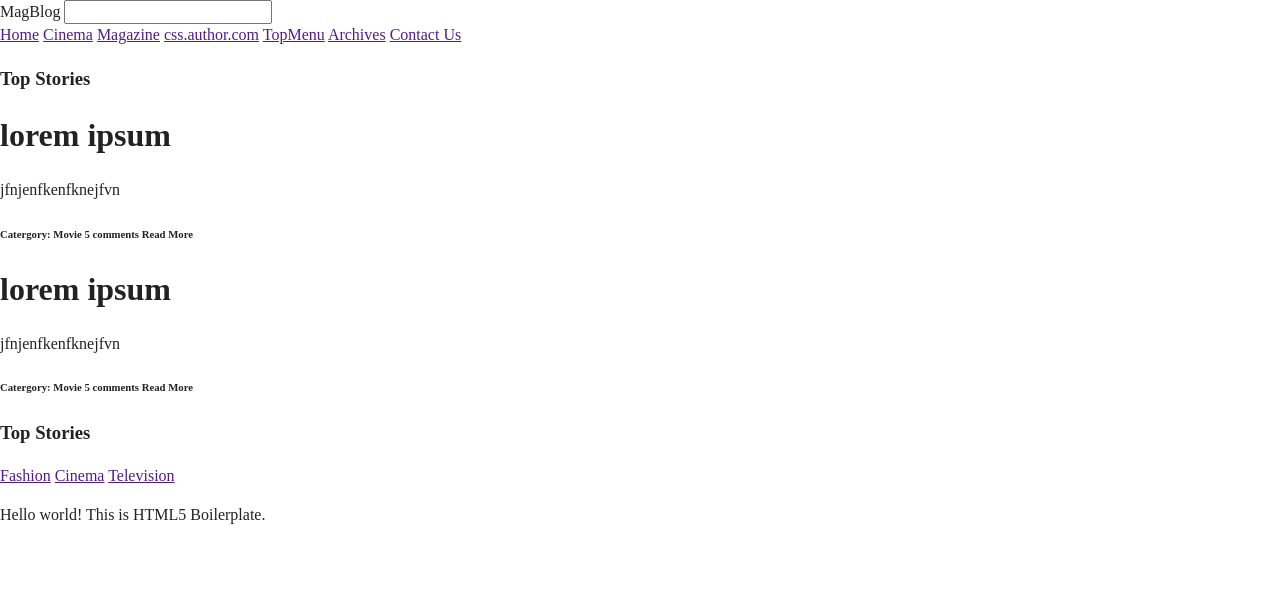
Repository: bguemos/project1lab3
Page: index.html
The author's editor kept a copy of each file at every save. The page is drawn from the files as they stood at one save, then again after the next save.
The browser window is 1280 px wide. The pictures show the whole page.

Above is the page before, as saved 2023-01-17 21:32:17.

### index.html
<!doctype html>
<html class="no-js" lang="en">

<head>
  <meta charset="utf-8">
  <title> My bodacious blog</title>
  <meta name="description" content="A lab exercise">
  <meta name="viewport" content="width=device-width, initial-scale=1">

  <meta property="og:title" content="">
  <meta property="og:type" content="">
  <meta property="og:url" content="">
  <meta property="og:image" content="">

  <link rel="manifest" href="site.webmanifest">
  <link rel="apple-touch-icon" href="icon.png">
  <!-- Place favicon.ico in the root directory -->

  <link rel="stylesheet" href="css/normalize.css">
  <link rel="stylesheet" href="css/main.css">

  <meta name="theme-color" content="#fafafa">
</head>

<body>
  <div class="magazineheader">
    <hi>MagBlog</hi>
  <input class="headersearchbar">
  <div class="socialmedialinks"></div>
</div>
<div class="navigationlinks">
  <a href> Home</a>
  <a href> Cinema</a>
  <a href> Magazine</a>
  <a href> css.author.com</a>
  <a href>TopMenu</a>
  <a href> Archives</a>
  <a href> Contact Us</a>

</div>
  <div class="maincontent">
    <div class="topstories">
      <h3>Top Stories</h3>

    </div>
    <div class="avatar">
      <h1> lorem ipsum</h1>
      <p>jfnjenfkenfknejfvn</p>
      <h6> Catergory: Movie  5 comments Read More</h6>
    </div>
    <div class="avatar2">
      <h1> lorem ipsum</h1>
      <p>jfnjenfkenfknejfvn</p>
      <h6> Catergory: Movie  5 comments Read More</h6>

    </div>
    <div class="topstorysidebar">
      <h3>Top Stories</h3>
      <a href>Fashion</a>
      <a href>Cinema</a>
      <a href>Television</a>

    </div>
 </div>
 <div class="aftermaincontent">
  <div class="informationlinks"></div>



 </div>
 <div class="magazinefooter">

 </div>

  <!-- Add your site or application content here -->
  <p>Hello world! This is HTML5 Boilerplate.</p>
  <script src="js/vendor/modernizr-3.11.2.min.js"></script>
  <script src="js/plugins.js"></script>
  <script src="js/main.js"></script>

  <!-- Google Analytics: change UA-XXXXX-Y to be your site's ID. -->
  <script>
    window.ga = function () { ga.q.push(arguments) }; ga.q = []; ga.l = +new Date;
    ga('create', 'UA-XXXXX-Y', 'auto'); ga('set', 'anonymizeIp', true); ga('set', 'transport', 'beacon'); ga('send', 'pageview')
  </script>
  <script src="https://www.google-analytics.com/analytics.js" async></script>
</body>

</html>

### css/main.css
/*! HTML5 Boilerplate v8.0.0 | MIT License | https://html5boilerplate.com/ */

/* main.css 2.1.0 | MIT License | https://github.com/h5bp/main.css#readme */
/*
 * What follows is the result of much research on cross-browser styling.
 * Credit left inline and big thanks to Nicolas Gallagher, Jonathan Neal,
 * Kroc Camen, and the H5BP dev community and team.
 */

/* ==========================================================================
   Base styles: opinionated defaults
   ========================================================================== */

html {
  color: #222;
  font-size: 1em;
  line-height: 1.4;
}

/*
 * Remove text-shadow in selection highlight:
 * https://twitter.com/miketaylr/status/12228805301
 *
 * Vendor-prefixed and regular ::selection selectors cannot be combined:
 * https://stackoverflow.com/a/16982510/7133471
 *
 * Customize the background color to match your design.
 */

::-moz-selection {
  background: #b3d4fc;
  text-shadow: none;
}

::selection {
  background: #b3d4fc;
  text-shadow: none;
}

/*
 * A better looking default horizontal rule
 */

hr {
  display: block;
  height: 1px;
  border: 0;
  border-top: 1px solid #ccc;
  margin: 1em 0;
  padding: 0;
}

/*
 * Remove the gap between audio, canvas, iframes,
 * images, videos and the bottom of their containers:
 * https://github.com/h5bp/html5-boilerplate/issues/440
 */

audio,
canvas,
iframe,
img,
svg,
video {
  vertical-align: middle;
}

/*
 * Remove default fieldset styles.
 */

fieldset {
  border: 0;
  margin: 0;
  padding: 0;
}

/*
 * Allow only vertical resizing of textareas.
 */

textarea {
  resize: vertical;
}

/* ==========================================================================
   Author's custom styles
   ========================================================================== */

/* ==========================================================================
   Helper classes
   ========================================================================== */

/*
 * Hide visually and from screen readers
 */

.hidden,
[hidden] {
  display: none !important;
}

/*
 * Hide only visually, but have it available for screen readers:
 * https://snook.ca/archives/html_and_css/hiding-content-for-accessibility
 *
 * 1. For long content, line feeds are not interpreted as spaces and small width
 *    causes content to wrap 1 word per line:
 *    https://medium.com/@jessebeach/beware-smushed-off-screen-accessible-text-5952a4c2cbfe
 */

.sr-only {
  border: 0;
  clip: rect(0, 0, 0, 0);
  height: 1px;
  margin: -1px;
  overflow: hidden;
  padding: 0;
  position: absolute;
  white-space: nowrap;
  width: 1px;
  /* 1 */
}

/*
 * Extends the .sr-only class to allow the element
 * to be focusable when navigated to via the keyboard:
 * https://www.drupal.org/node/897638
 */

.sr-only.focusable:active,
.sr-only.focusable:focus {
  clip: auto;
  height: auto;
  margin: 0;
  overflow: visible;
  position: static;
  white-space: inherit;
  width: auto;
}

/*
 * Hide visually and from screen readers, but maintain layout
 */

.invisible {
  visibility: hidden;
}

/*
 * Clearfix: contain floats
 *
 * For modern browsers
 * 1. The space content is one way to avoid an Opera bug when the
 *    `contenteditable` attribute is included anywhere else in the document.
 *    Otherwise it causes space to appear at the top and bottom of elements
 *    that receive the `clearfix` class.
 * 2. The use of `table` rather than `block` is only necessary if using
 *    `:before` to contain the top-margins of child elements.
 */

.clearfix::before,
.clearfix::after {
  content: " ";
  display: table;
}

.clearfix::after {
  clear: both;
}

/* ==========================================================================
   EXAMPLE Media Queries for Responsive Design.
   These examples override the primary ('mobile first') styles.
   Modify as content requires.
   ========================================================================== */

@media only screen and (min-width: 35em) {
  /* Style adjustments for viewports that meet the condition */
}

@media print,
  (-webkit-min-device-pixel-ratio: 1.25),
  (min-resolution: 1.25dppx),
  (min-resolution: 120dpi) {
  /* Style adjustments for high resolution devices */
}

/* ==========================================================================
   Print styles.
   Inlined to avoid the additional HTTP request:
   https://www.phpied.com/delay-loading-your-print-css/
   ========================================================================== */

@media print {
  *,
  *::before,
  *::after {
    background: #fff !important;
    color: #000 !important;
    /* Black prints faster */
    box-shadow: none !important;
    text-shadow: none !important;
  }

  a,
  a:visited {
    text-decoration: underline;
  }

  a[href]::after {
    content: " (" attr(href) ")";
  }

  abbr[title]::after {
    content: " (" attr(title) ")";
  }

  /*
   * Don't show links that are fragment identifiers,
   * or use the `javascript:` pseudo protocol
   */
  a[href^="#"]::after,
  a[href^="javascript:"]::after {
    content: "";
  }

  pre {
    white-space: pre-wrap !important;
  }

  pre,
  blockquote {
    border: 1px solid #999;
    page-break-inside: avoid;
  }

  /*
   * Printing Tables:
   * https://web.archive.org/web/20180815150934/http://css-discuss.incutio.com/wiki/Printing_Tables
   */
  thead {
    display: table-header-group;
  }

  tr,
  img {
    page-break-inside: avoid;
  }

  p,
  h2,
  h3 {
    orphans: 3;
    widows: 3;
  }

  h2,
  h3 {
    page-break-after: avoid;
  }
}

### js/plugins.js
// Avoid `console` errors in browsers that lack a console.
(function() {
  var method;
  var noop = function () {};
  var methods = [
    'assert', 'clear', 'count', 'debug', 'dir', 'dirxml', 'error',
    'exception', 'group', 'groupCollapsed', 'groupEnd', 'info', 'log',
    'markTimeline', 'profile', 'profileEnd', 'table', 'time', 'timeEnd',
    'timeline', 'timelineEnd', 'timeStamp', 'trace', 'warn'
  ];
  var length = methods.length;
  var console = (window.console = window.console || {});

  while (length--) {
    method = methods[length];

    // Only stub undefined methods.
    if (!console[method]) {
      console[method] = noop;
    }
  }
}());

// Place any jQuery/helper plugins in here.

Loaded but not shown: css/normalize.css (library); js/vendor/modernizr-3.11.2.min.js (library); js/main.js (no stored copy; drawn as an empty file)

After the next save:
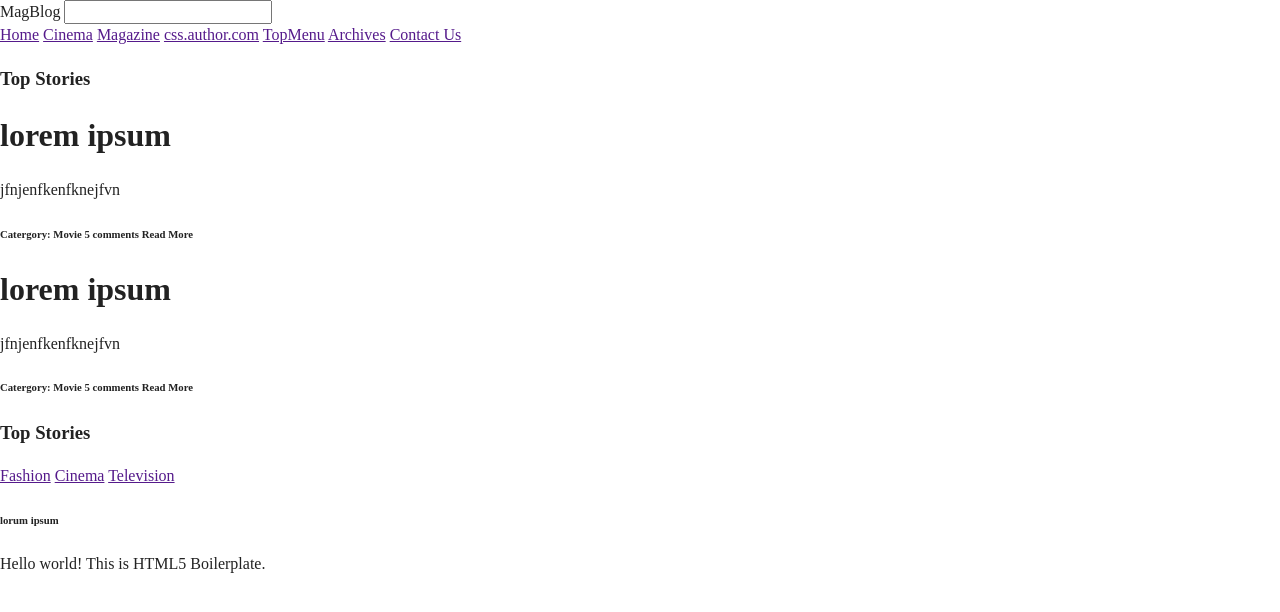
Saved 42 s later.
--- a/index.html
+++ b/index.html
@@ -59,6 +59,7 @@
       <a href>Fashion</a>
       <a href>Cinema</a>
       <a href>Television</a>
+      <h6>lorum ipsum</h6>
 
     </div>
  </div>
